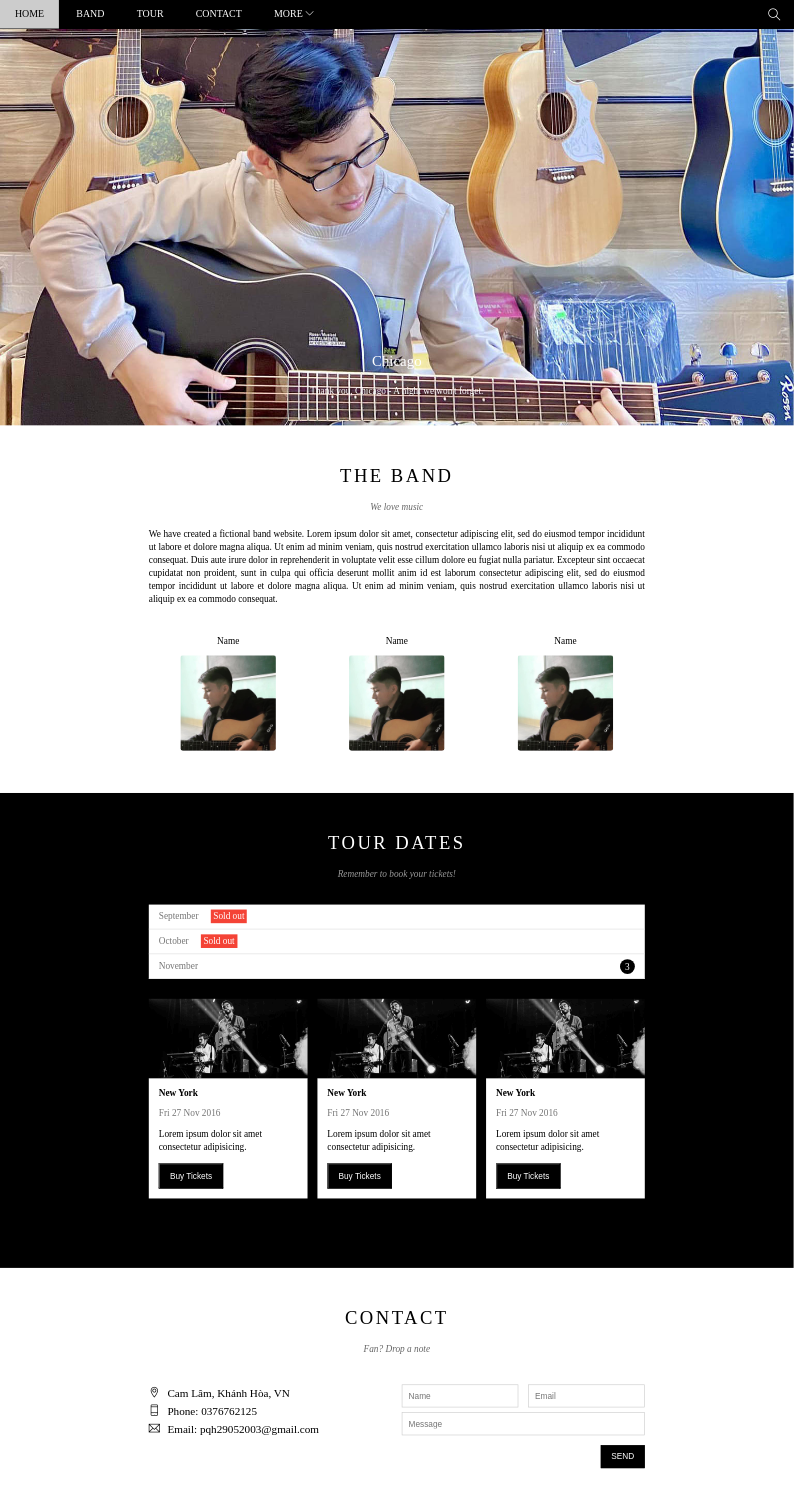
Repository: quochung2k3/Web-Team
Page: index.html
An editor plug-in stored every save of this project. The page is shown before and after the next save, followed by the edit.
The browser window is 1280 px wide. The pictures show the whole page, at 62% of full size.

Above is the page before, as saved 2023-08-14 22:35:33.

After the next save:
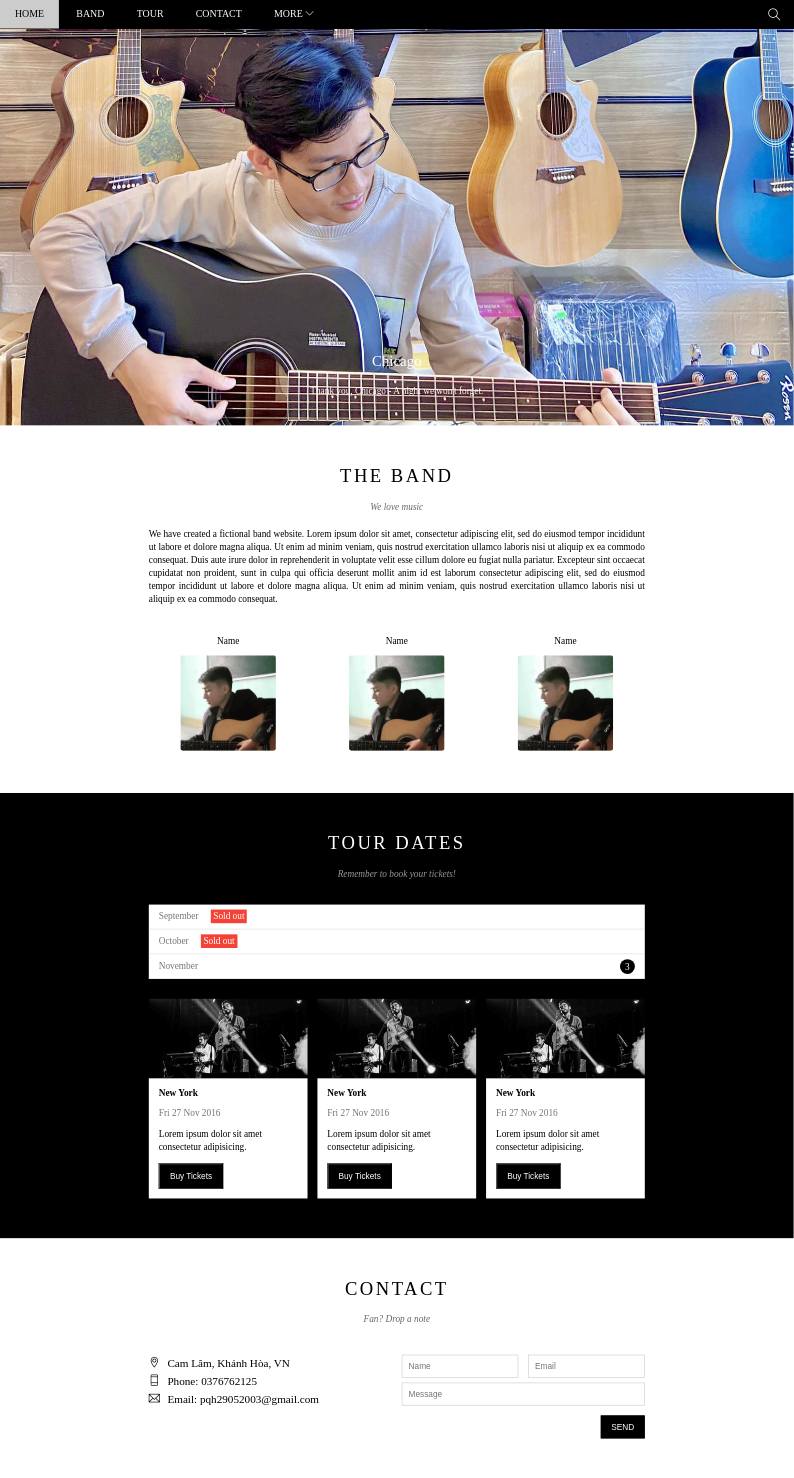
Saved 2 min 26 s later.
--- a/assets/css/style.css
+++ b/assets/css/style.css
@@ -255,7 +255,6 @@
 
 .places-List {
     margin-top: 32px;
-    margin-bottom: 48px;
 }
 
 .place-img {
